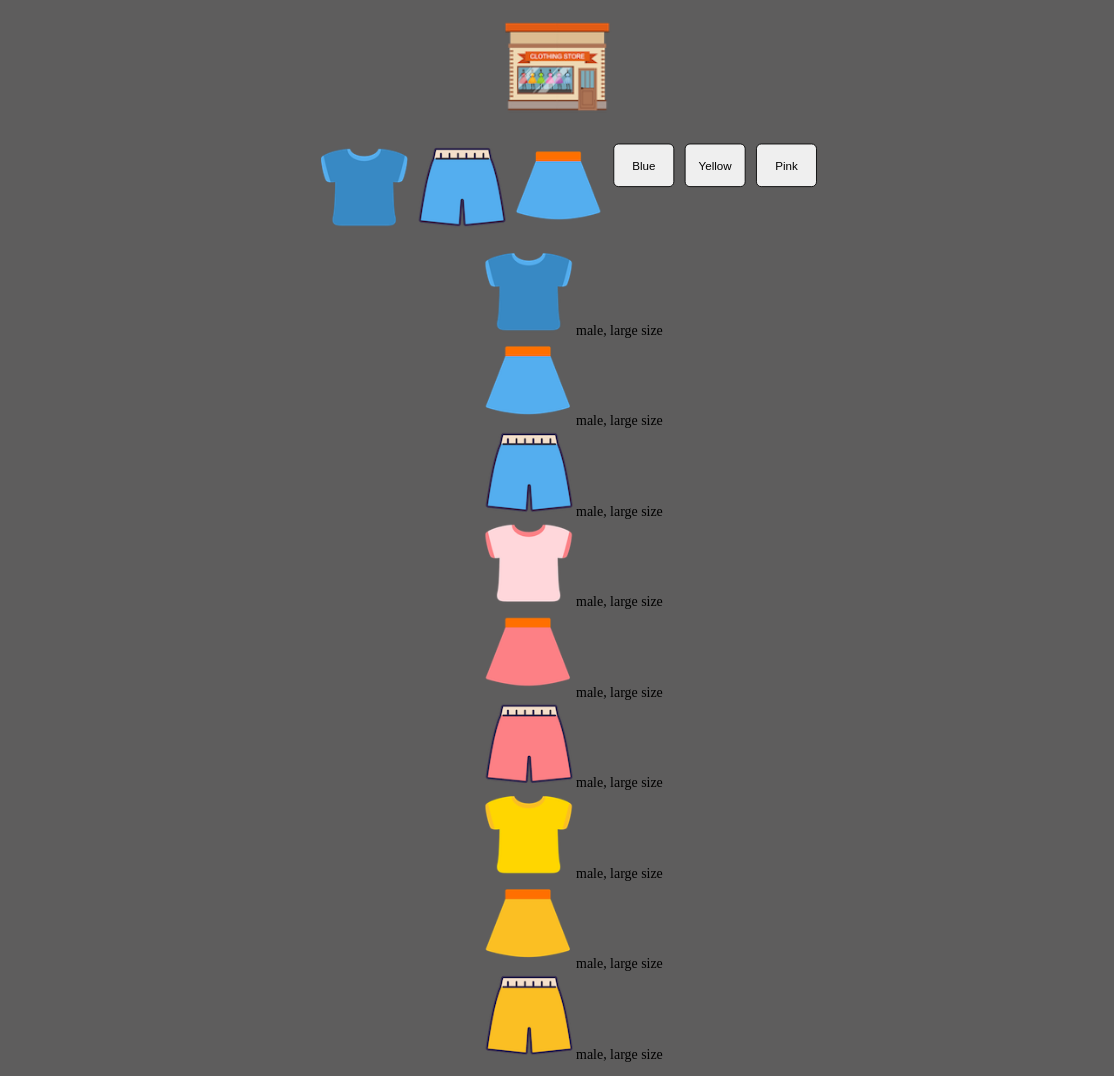
Repository: keehoonjung/Shoppingmall-Game
Page: index.html
These files come from the project's save history. The page is drawn as it stood at one moment and after the next save; the edit follows.
The browser window is 1280 px wide. The pictures show the whole page, at 87% of full size.

Above is the page before, as saved 2021-08-12 13:32:43.

After the next save:
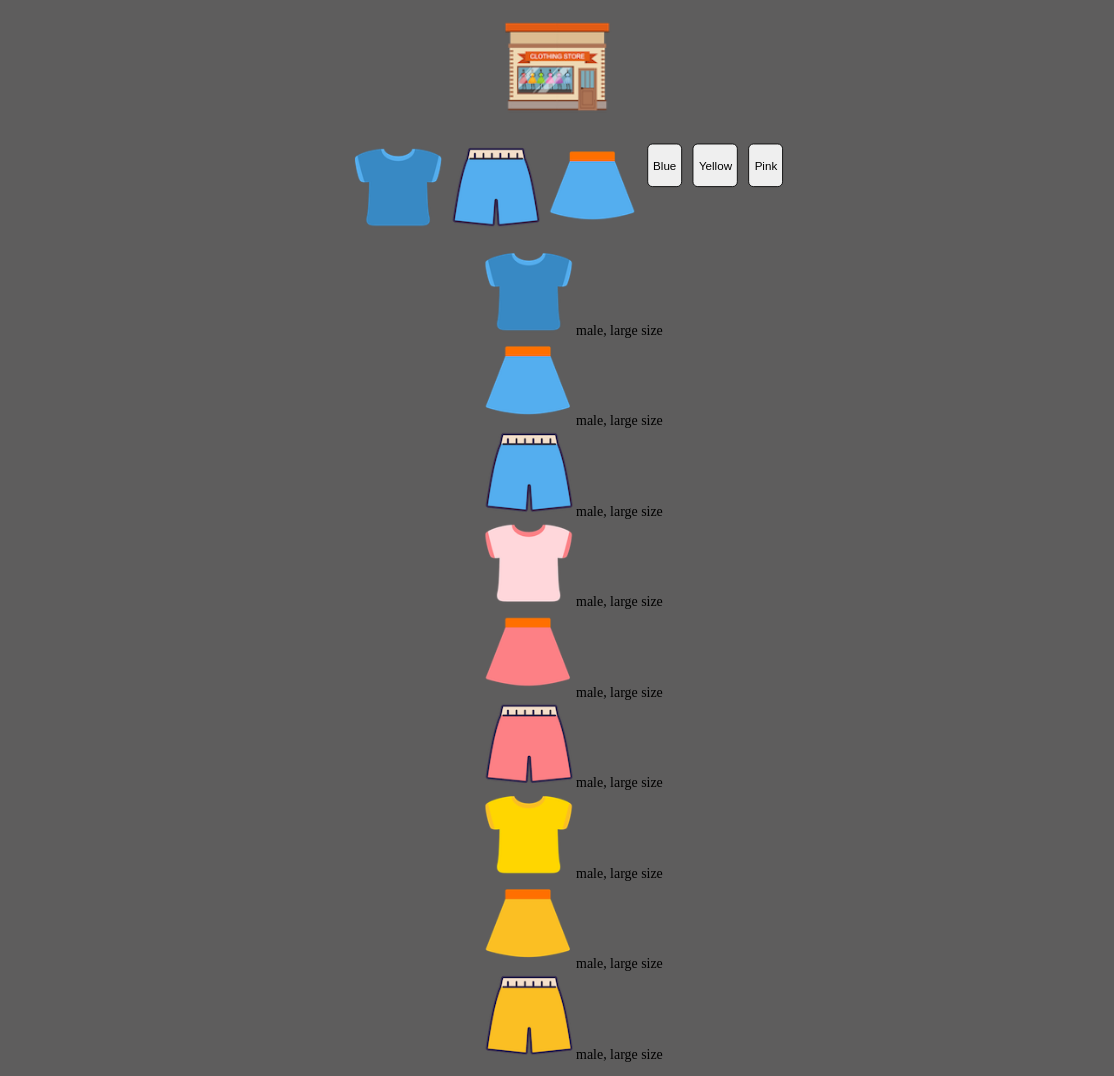
Saved 19 s later.
--- a/style.css
+++ b/style.css
@@ -15,7 +15,7 @@ ul {
 button {
   border: 1px solid black;
   border-radius: 6px;
-  width: 70px;
+
   height: 50px;
 }
 
